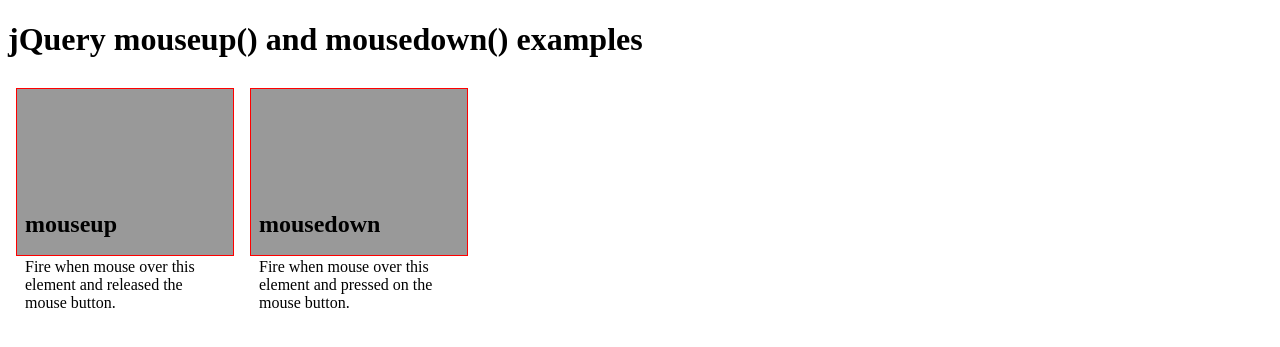
Repository: sudheerj/jQuery
Page: jQueryExamples/chapter08/MouseupMousedown.html
An editor plug-in stored every save of this project. The page is shown before and after the next save, followed by the edit.
The browser window is 1280 px wide. The pictures show the whole page.

Above is the page before, as saved 2016-10-22 13:17:33.

### jQueryExamples/chapter08/MouseupMousedown.html
<!DOCTYPE html>
<html>
	<head>
		<title>Query resize() example</title>
		<script type="text/javascript" src="..\jquery\jquery-3.1.1.min.js"></script>

		<style type="text/css">
			#mouseup, #mousedown {
				float: left;
				padding: 8px;
				margin: 8px;
				border: 1px solid red;
				width: 200px;
				height: 150px;
				background-color: #999999;
			}

		</style>

	</head>

	<body>

		<h1>jQuery mouseup() and mousedown() examples</h1>

		<div id="mouseup">
			<div class="ads-in-post hide_if_width_less_800">
				<script async src="//pagead2.googlesyndication.com/pagead/js/adsbygoogle.js"></script>
				<!-- new 728x90 - After1stH4 -->
				<ins class="adsbygoogle hide_if_width_less_800"
				style="display:inline-block;width:728px;height:90px"
				data-ad-client="ca-pub-2836379775501347"
				data-ad-slot="7391621200"
				data-ad-region="mkyongregion"></ins>
				<script>
					( adsbygoogle = window.adsbygoogle || []).push({});
				</script>
			</div><h2>mouseup</h2>
			Fire when mouse over this element and released the mouse button.
		</div>

		<div id="mousedown">
			<div class="ads-in-post hide_if_width_less_800">
				<script async src="//pagead2.googlesyndication.com/pagead/js/adsbygoogle.js"></script>
				<!-- new 728x90 - After2ndH4 -->
				<ins class="adsbygoogle hide_if_width_less_800"
				style="display:inline-block;width:728px;height:90px"
				data-ad-client="ca-pub-2836379775501347"
				data-ad-slot="3642936086"
				data-ad-region="mkyongregion"></ins>
				<script>
					( adsbygoogle = window.adsbygoogle || []).push({});
				</script>
			</div><h2>mousedown</h2>
			Fire when mouse over this element and pressed on the mouse button.
		</div>

		<script type="text/javascript">
			$('#mouseup').mouseup(function() {
				$('#mouseup').slideUp();
			});

			$('#mousedown').mousedown(function() {
				$('#mousedown').fadeOut();
			});

		</script>

	</body>
</html>

Loaded but not shown: jQueryExamples/jquery/jquery-3.1.1.min.js (library)

After the next save:
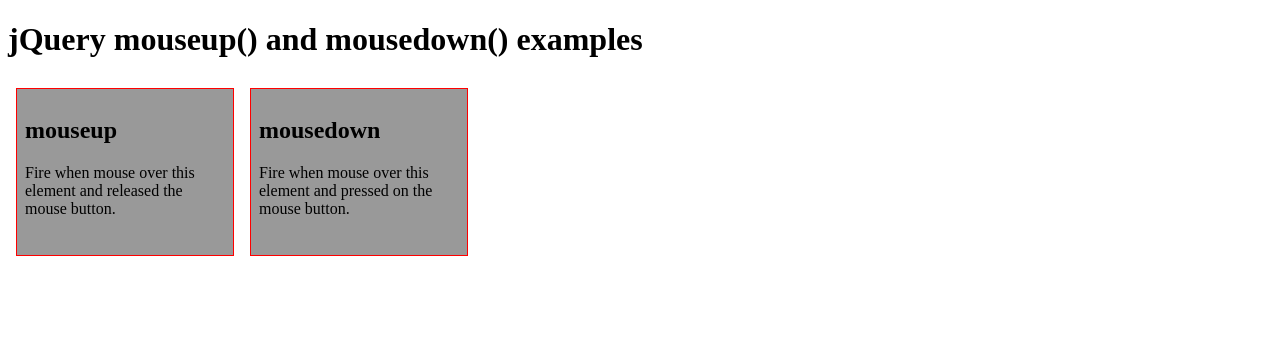
Saved 2 h 34 min later.
--- a/jQueryExamples/chapter08/MouseupMousedown.html
+++ b/jQueryExamples/chapter08/MouseupMousedown.html
@@ -24,34 +24,12 @@
 		<h1>jQuery mouseup() and mousedown() examples</h1>
 
 		<div id="mouseup">
-			<div class="ads-in-post hide_if_width_less_800">
-				<script async src="//pagead2.googlesyndication.com/pagead/js/adsbygoogle.js"></script>
-				<!-- new 728x90 - After1stH4 -->
-				<ins class="adsbygoogle hide_if_width_less_800"
-				style="display:inline-block;width:728px;height:90px"
-				data-ad-client="ca-pub-2836379775501347"
-				data-ad-slot="7391621200"
-				data-ad-region="mkyongregion"></ins>
-				<script>
-					( adsbygoogle = window.adsbygoogle || []).push({});
-				</script>
-			</div><h2>mouseup</h2>
+			<h2>mouseup</h2>
 			Fire when mouse over this element and released the mouse button.
 		</div>
 
 		<div id="mousedown">
-			<div class="ads-in-post hide_if_width_less_800">
-				<script async src="//pagead2.googlesyndication.com/pagead/js/adsbygoogle.js"></script>
-				<!-- new 728x90 - After2ndH4 -->
-				<ins class="adsbygoogle hide_if_width_less_800"
-				style="display:inline-block;width:728px;height:90px"
-				data-ad-client="ca-pub-2836379775501347"
-				data-ad-slot="3642936086"
-				data-ad-region="mkyongregion"></ins>
-				<script>
-					( adsbygoogle = window.adsbygoogle || []).push({});
-				</script>
-			</div><h2>mousedown</h2>
+			<h2>mousedown</h2>
 			Fire when mouse over this element and pressed on the mouse button.
 		</div>
 
